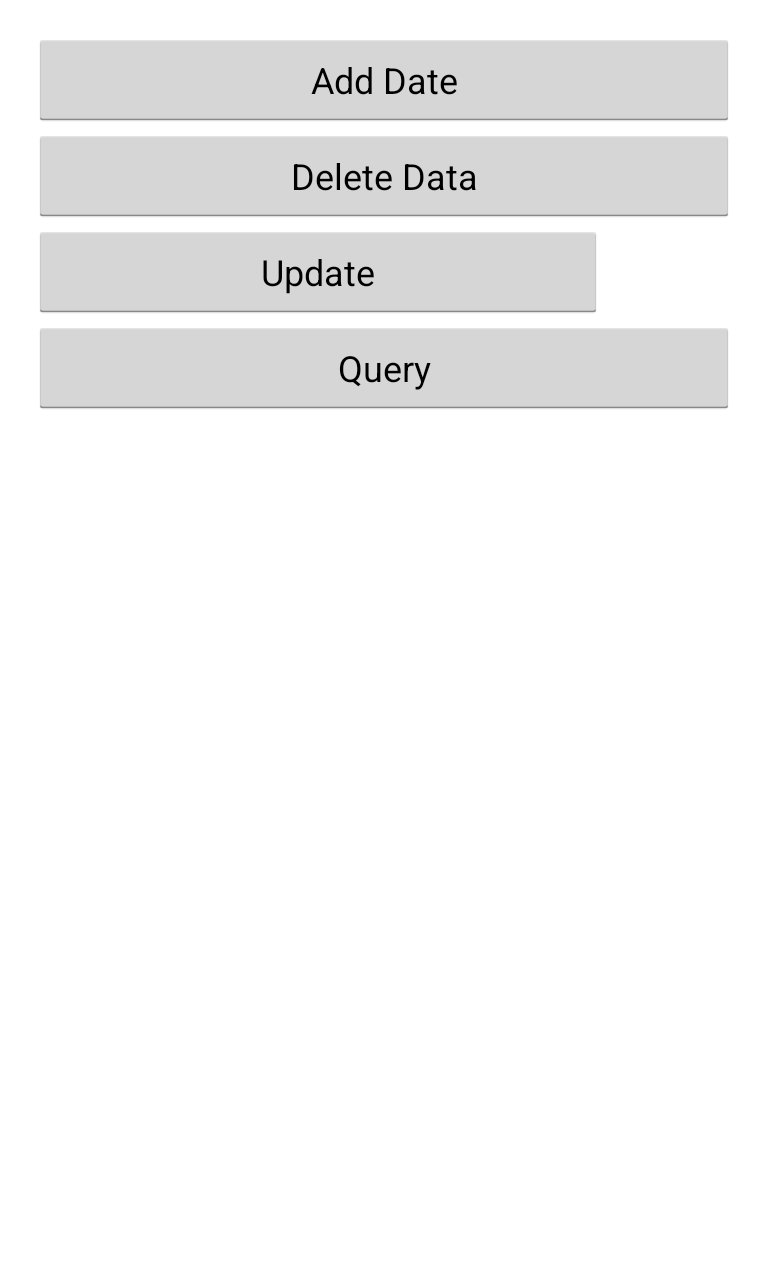
Repository: superlikex/Android_task
Layout: DatabaseTest/res/layout/activity_main.xml
The author's editor kept a copy of each file at every save. The layout is drawn from the files as they stood at one save, then again after the next save.
It is drawn on a 768 x 1280 px phone screen (xhdpi) without system bars, with theme AppTheme; the app's code is not run.

Above is the layout before, as saved 2015-12-06 13:12:46.

### DatabaseTest/res/layout/activity_main.xml
<LinearLayout xmlns:android="http://schemas.android.com/apk/res/android"
    xmlns:tools="http://schemas.android.com/tools"
    android:layout_width="match_parent"
    android:layout_height="match_parent"
    android:orientation="vertical"
    android:paddingBottom="@dimen/activity_vertical_margin"
    android:paddingLeft="@dimen/activity_horizontal_margin"
    android:paddingRight="@dimen/activity_horizontal_margin"
    android:paddingTop="@dimen/activity_vertical_margin"
    tools:context="com.example.databasetest.MainActivity" >

    <Button
        android:id="@+id/bt_add"
        android:layout_width="match_parent"
        android:layout_height="wrap_content"
        android:text="Add Date" />

    <Button
        android:id="@+id/bt_delete"
        android:layout_width="match_parent"
        android:layout_height="wrap_content"

        android:text="Delete Data" />

    <Button
        android:id="@+id/bt_update"
        android:layout_width="286dp"
        android:layout_height="wrap_content"

        android:text="Update" />

    <Button
        android:id="@+id/bt_query"
        android:layout_width="match_parent"
        android:layout_height="wrap_content"

        android:text="Query" />

</LinearLayout>

Loaded but not shown: DatabaseTest/res/values/styles.xml (common file); DatabaseTest/res/values-v11/styles.xml (common file); DatabaseTest/res/values-v14/styles.xml (common file); DatabaseTest/res/values/dimens.xml (common file); DatabaseTest/res/values-w820dp/dimens.xml (common file)

After the next save:
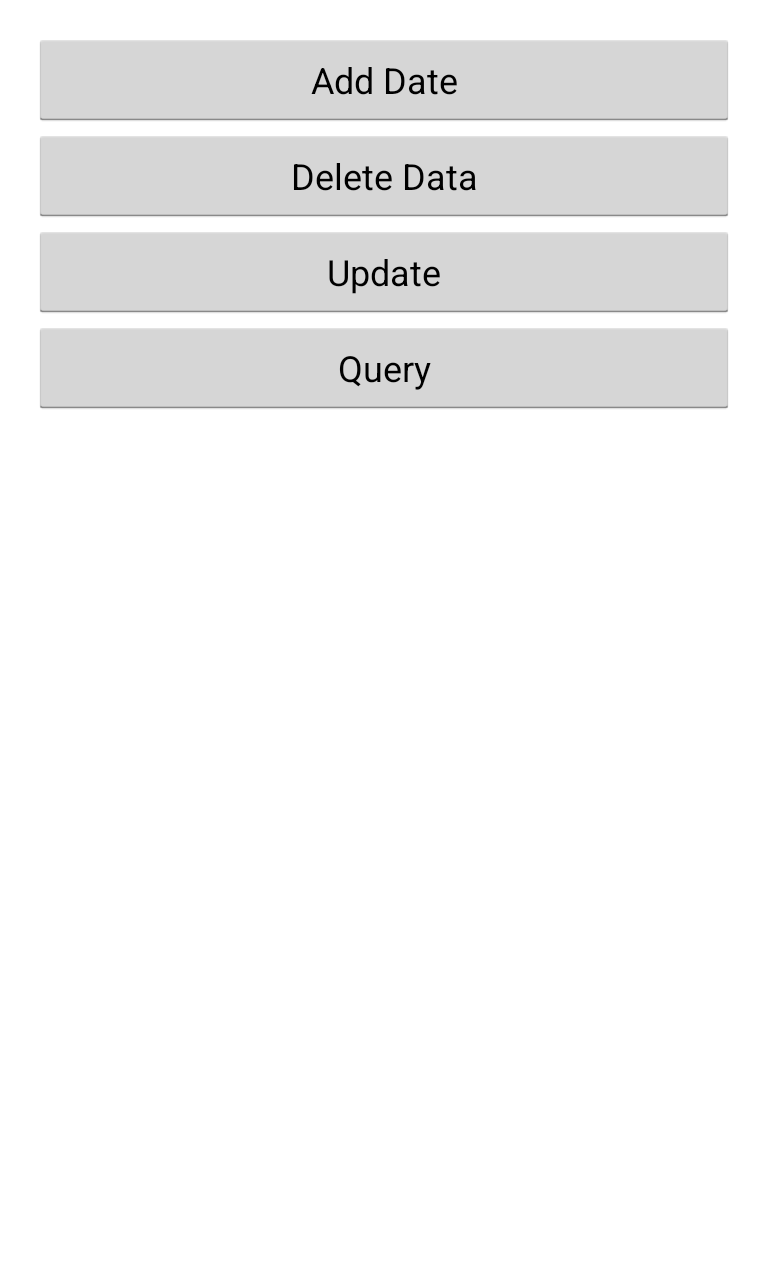
Saved 27 s later.
--- a/DatabaseTest/res/layout/activity_main.xml
+++ b/DatabaseTest/res/layout/activity_main.xml
@@ -24,7 +24,7 @@
 
     <Button
         android:id="@+id/bt_update"
-        android:layout_width="286dp"
+       android:layout_width="match_parent"
         android:layout_height="wrap_content"
 
         android:text="Update" />
